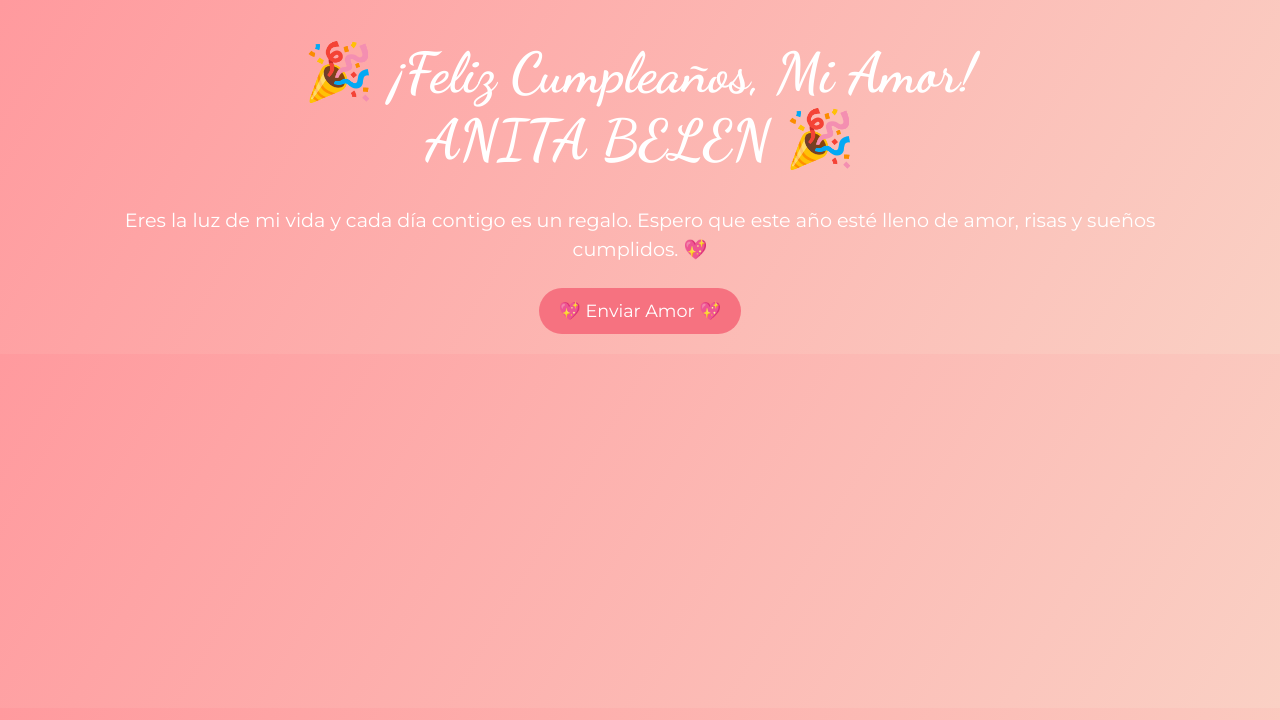
Repository: Jchimbo99/Esposa
Page: index.html
The author's editor kept a copy of each file at every save. The page is drawn from the files as they stood at one save, then again after the next save.
The browser window is 1280 px wide. The pictures show the whole page.

Above is the page before, as saved 2025-01-24 09:26:19.

### index.html
<!DOCTYPE html>
<html lang="en">
<head>
    <meta charset="UTF-8">
    <meta name="viewport" content="width=device-width, initial-scale=1.0">
    <title>¡Feliz Cumpleaños, Amor!</title>
    <!-- Bootstrap CSS -->
    <link href="https://cdn.jsdelivr.net/npm/bootstrap@5.3.0-alpha3/dist/css/bootstrap.min.css" rel="stylesheet">
    <!-- Google Fonts -->
    <link href="https://fonts.googleapis.com/css2?family=Dancing+Script:wght@700&family=Montserrat:wght@400;700&display=swap" rel="stylesheet">
    <!-- Custom CSS -->
    <style>
        body {
            background: linear-gradient(120deg, #ff9a9e, #fad0c4);
            font-family: 'Montserrat', sans-serif;
            color: #fff;
            text-align: center;
            padding: 20px;
            overflow: hidden;
        }
        h1 {
            font-family: 'Dancing Script', cursive;
            font-size: 3.5rem;
            margin-top: 20px;
        }
        p {
            font-size: 1.2rem;
        }
        .btn-custom {
            background-color: #f67280;
            border: none;
            color: white;
            padding: 10px 20px;
            font-size: 1.1rem;
            border-radius: 50px;
            transition: transform 0.3s, box-shadow 0.3s;
        }
        .btn-custom:hover {
            background-color: #c06c84;
            transform: scale(1.1);
            box-shadow: 0 4px 15px rgba(0, 0, 0, 0.2);
        }
        .heart {
            position: absolute;
            font-size: 2rem;
            animation: floatUp 4s ease-in-out infinite, fadeOut 4s ease-in-out infinite;
            color: #ff6f91;
        }
        @keyframes floatUp {
            0% {
                transform: translateY(0);
            }
            100% {
                transform: translateY(-500px);
            }
        }
        @keyframes fadeOut {
            0% {
                opacity: 1;
            }
            100% {
                opacity: 0;
            }
        }
    </style>
</head>
<body>
    <div class="container">
        <h1>🎉 ¡Feliz Cumpleaños, Mi Amor!
            <br>ANITA BELEN 🎉</h1>
        <br>

        <p>Eres la luz de mi vida y cada día contigo es un regalo. Espero que este año esté lleno de amor, risas y sueños cumplidos. 💖</p>
        <div class="mt-4">
            <button class="btn btn-custom" onclick="generateHearts()">💖 Enviar Amor 💖</button>
        </div>
    </div>

    <!-- Bootstrap JS -->
    <script src="https://cdn.jsdelivr.net/npm/bootstrap@5.3.0-alpha3/dist/js/bootstrap.bundle.min.js"></script>
    <!-- Custom JavaScript -->
    <script>
        function generateHearts() {
            const body = document.body;
            for (let i = 0; i < 30; i++) { // Generar 30 corazones
                const heart = document.createElement('div');
                heart.className = 'heart';
                heart.innerHTML = '❤️';
                heart.style.left = Math.random() * 100 + 'vw'; // Posición horizontal aleatoria
                heart.style.animationDelay = Math.random() * 2 + 's'; // Retraso de animación aleatorio
                heart.style.fontSize = Math.random() * 1.5 + 1 + 'rem'; // Tamaño aleatorio
                body.appendChild(heart);

                // Eliminar el corazón después de la animación
                setTimeout(() => {
                    heart.remove();
                }, 4000); // Tiempo igual a la duración de la animación
            }
        }
    </script>
</body>
</html>

After the next save:
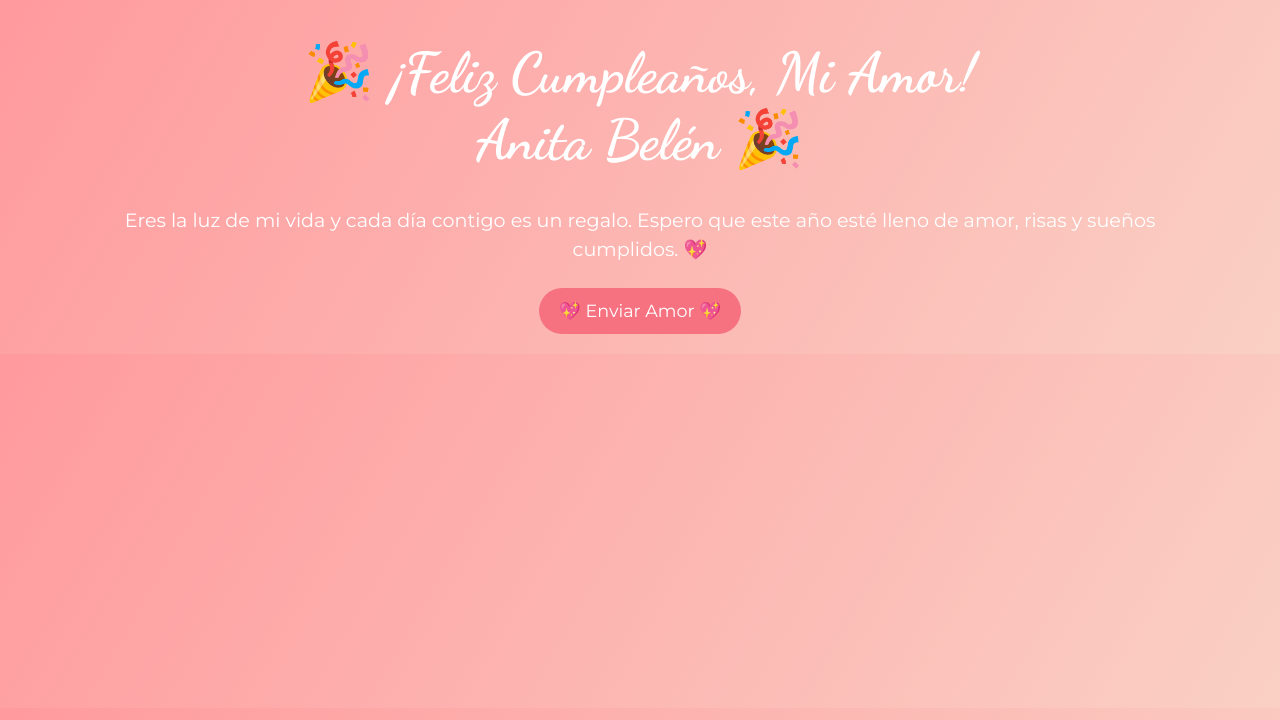
Saved 8 s later.
--- a/index.html
+++ b/index.html
@@ -67,7 +67,7 @@
 <body>
     <div class="container">
         <h1>🎉 ¡Feliz Cumpleaños, Mi Amor!
-            <br>ANITA BELEN 🎉</h1>
+            <br>Anita Belén 🎉</h1>
         <br>
 
         <p>Eres la luz de mi vida y cada día contigo es un regalo. Espero que este año esté lleno de amor, risas y sueños cumplidos. 💖</p>
